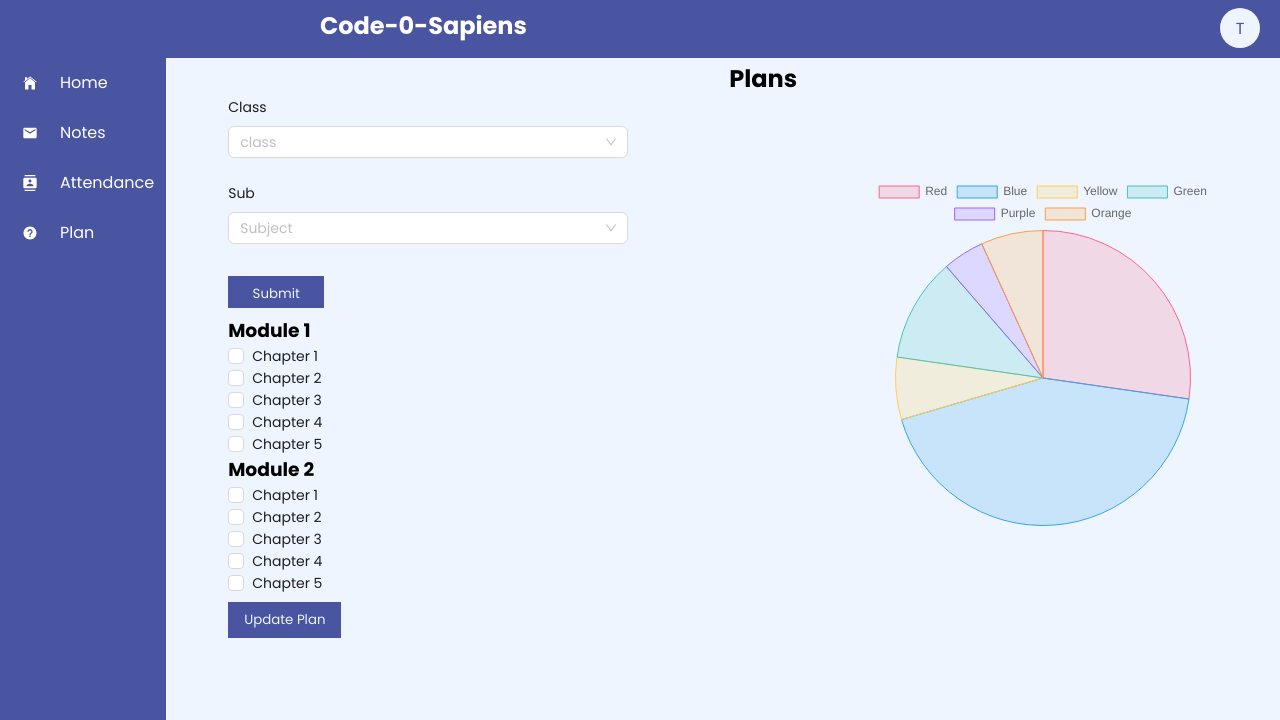
Repository: sinchana-P/code-0-sapiens
Page: /plans (app in client/), after clicking the first element matching `button`
An editor plug-in stored every save of this project. The page is shown before and after the next save, followed by the edit.
The browser window is 1280 px wide. The pictures show the whole page.
The project was rebuilt for these pictures with package versions that can differ from the ones it lists, and the page was loaded fresh each time. Also part of the build but not shown: client/src/components/auth/login/FormLayoutLogin.jsx, client/src/components/auth/login/Login.jsx, client/src/components/auth/register/FormLayoutRegister.jsx, client/src/components/auth/register/Register.jsx, client/src/components/homeScene/Home.jsx, client/src/components/notes/Notes.jsx, client/src/components/attendance/Attendance.jsx, client/src/components/profile/Profile.jsx and 5 more.

Above is the page before, as saved 2024-03-01 07:46:37.

After the next save:
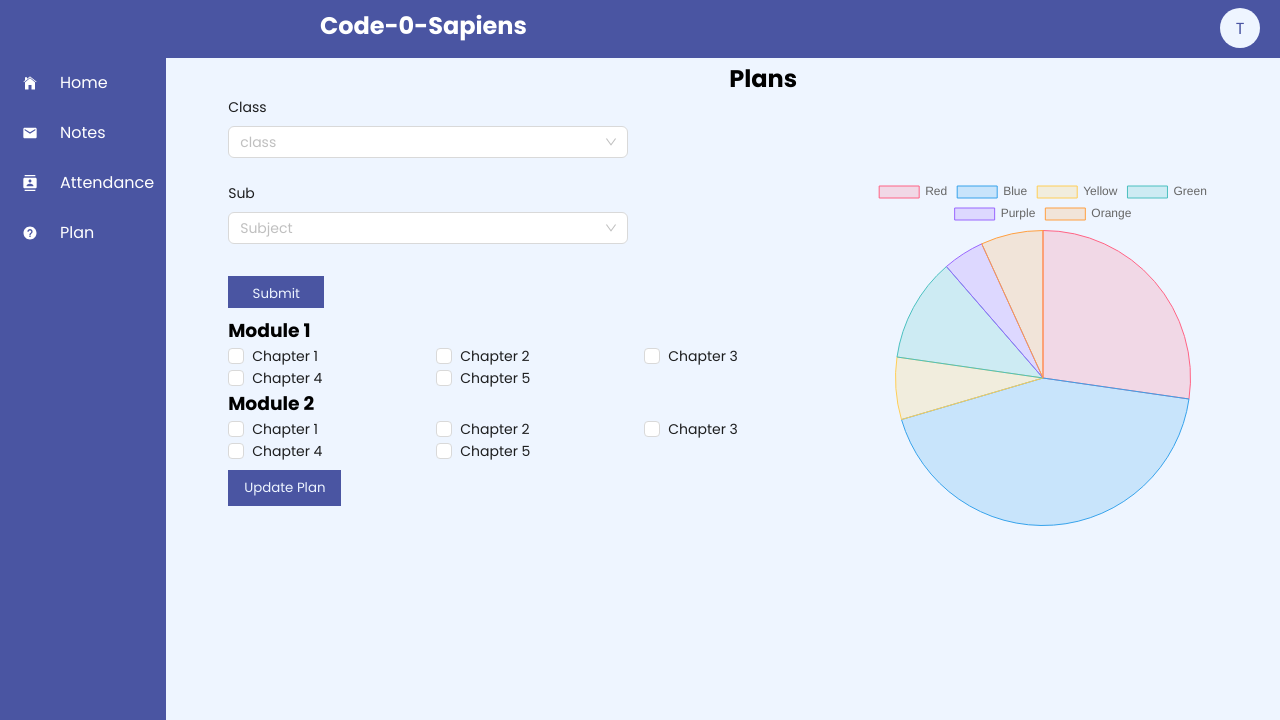
Saved 7 s later.
--- a/client/src/components/plans/Plans.jsx
+++ b/client/src/components/plans/Plans.jsx
@@ -170,7 +170,7 @@ const Plans = () => {
                           <h3>{module}</h3>
                           <CheckboxGroup>
                               {groupedChapters[module].map((chapter, i) => (
-                              <Checkbox checked key={i} value={chapter} style={{width: '1200px'}} >
+                              <Checkbox checked key={i} value={chapter} style={{width: '200px'}} >
                                   {chapter}
                               </Checkbox>
                               ))}
